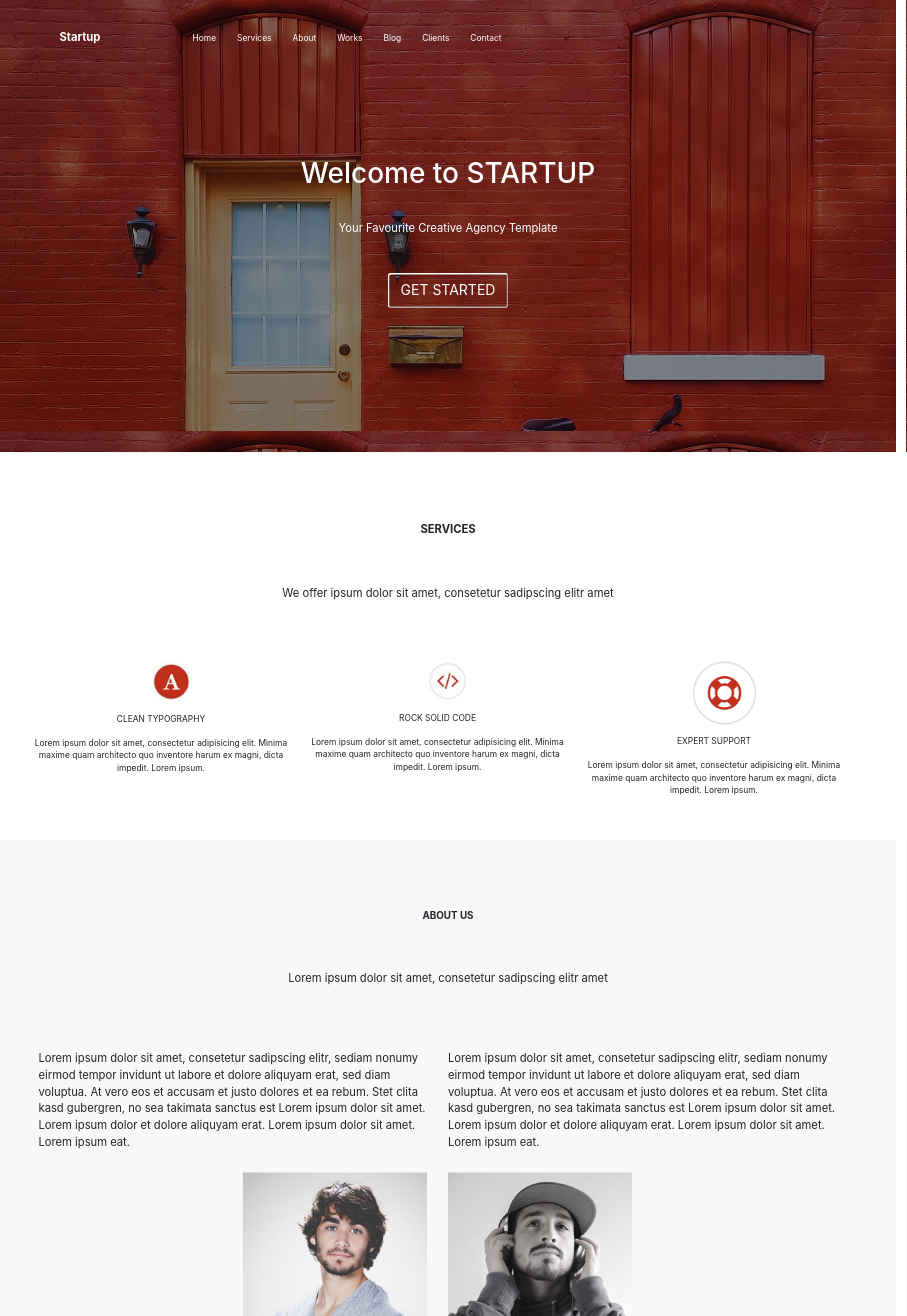
Repository: ivankovaa/HelloWorld
Page: lab5/index.html
The author's editor kept a record of every edit. The page is drawn from the files as they stood at one moment, then again after the next edit.
The browser window is 1280 px wide. The page is 1295 px wide, so the pictures cover 1295 px, including what lies to the right of the window. The pictures show the part of the page from y = 0 to 1880 px (the page is 3835 px tall before and 720 px after), at 70% of full size.

Above is the page before.

### lab5/index.html
<!DOCTYPE html>
<html lang="uk">

<head>

  <meta charset="utf-8">

  <title>Start up</title>

  <link href="bootstrap.min.css" rel="stylesheet">
  <link href="https://fonts.googleapis.com/css?family=Montserrat:400,700&display=swap" rel="stylesheet">

  <link href="style.css" rel="stylesheet">

</head>
<body>
  <header class = "head">
    <div class = "container">
    <div class = "row">
        <div class = "col-lg-2">
            <p class = "startup">Startup</p>
        </div>
        <div class = "col-lg-6">
            <nav>
                <ul class = "menu d-flex justify-content-right">
                    <li class = "menu_item">
                        <a href = "">Home</a>
                    </li>
                    <li class = "menu_item">
                        <a href = "">Services</a>
                    </li>
                    <li class = "menu_item">
                        <a href = "">About</a>
                    </li>
                    <li class = "menu_item">
                        <a href = "">Works</a>
                    </li>
                    <li class = "menu_item">
                        <a href = "">Blog</a>
                    </li>
                    <li class = "menu_item">
                        <a href = "">Clients</a>
                    </li>
                    <li class = "menu_item">
                        <a href = "">Contact</a>
                    </li>
                </ul>

            </nav>
        </div>
    </div>
    <div class = "row">
        <div class = "col-lg-12">
            <h1 class = "welcome d-flex justify-content-center">Welcome to STARTUP</h1>
        </div>
    </div>
    <div class = "row">
        <div class = "col-lg-12">
            <p class = "favourite">Your Favourite Creative Agency Template</p>
        </div>
    </div>
    <div class = "row">
        <div class = "col-lg-12">
            <button type = "submit" id="tr-property" class = "start btn-default btn-lg d-block">GET STARTED</button>
        </div>
    </div>
    </div>
  </header>
  <section class = "services">
      <div class = "row">
        <div class = "col-lg-12">
            <h2 class = "service">SERVICES</h2>
        </div>
    </div>
    <div class = "row">
        <div class = "col-lg-12">
            <p class = "servicestext">We offer ipsum dolor sit amet, consetetur sadipscing elitr amet</p>
        </div>
    </div>
    <div class = "row">
        <div class = "col-lg-12">
            <ul class = "serv d-flex justify-content-center">
                    <li class = "services_item">
                        <img class="services_img" src="FAicon1.png" alt="icon"/>
                        <p class="name">CLEAN TYPOGRAPHY</p>
                        <p class ="aftername">Lorem ipsum dolor sit amet, consectetur adipisicing elit. Minima maxime quam architecto quo inventore harum ex magni, dicta impedit. Lorem ipsum.</p>
                    </li>
                    <li class = "services_item">
                        <img  class="services_img" src="FAicon2.png" alt="icon"/>
                        <p class="name">ROCK SOLID CODE</p>
                        <p class ="aftername">Lorem ipsum dolor sit amet, consectetur adipisicing elit. Minima maxime quam architecto quo inventore harum ex magni, dicta impedit. Lorem ipsum.</p>
                    </li>
                    <li class = "services_item">
                        <img class="services_img" src="img/FAicon3.png" alt="icon"/>
                        <p class="name">EXPERT SUPPORT</p>
                        <p class ="aftername">Lorem ipsum dolor sit amet, consectetur adipisicing elit. Minima maxime quam architecto quo inventore harum ex magni, dicta impedit. Lorem ipsum.</p>
                    </li>
                    </ul>
        </div>
    </div>
  </section>
  <section class = "about_us">
      <div class = "row">
        <div class = "col-lg-12">
            <h3 class = "aboutus">ABOUT US</h3>
        </div>
    </div>
    <div class = "row">
        <div class = "col-lg-12">
            <p class = "aboutus_text">Lorem ipsum dolor sit amet, consetetur sadipscing elitr amet</p>
        </div>
    </div>
    <div class = "row">
        <div class = "col-lg-12">
            <ul class = "about d-flex justify-content-center">
                    <li class = "aboutus_item">
                        <p>Lorem ipsum dolor sit amet, consetetur sadipscing elitr, sediam nonumy eirmod tempor invidunt ut labore et dolore aliquyam erat, sed diam voluptua. At vero eos et accusam et justo dolores et ea rebum. Stet clita kasd gubergren, no sea takimata sanctus est Lorem ipsum dolor sit amet. Lorem ipsum dolor et dolore aliquyam erat. Lorem ipsum dolor sit amet. Lorem ipsum eat.</p>
                    </li>
                    <li class = "aboutus_item">
                        <p>Lorem ipsum dolor sit amet, consetetur sadipscing elitr, sediam nonumy eirmod tempor invidunt ut labore et dolore aliquyam erat, sed diam voluptua. At vero eos et accusam et justo dolores et ea rebum. Stet clita kasd gubergren, no sea takimata sanctus est Lorem ipsum dolor sit amet. Lorem ipsum dolor et dolore aliquyam erat. Lorem ipsum dolor sit amet. Lorem ipsum eat.</p>
                    </li>
                    </ul>
        </div>
    </div>
    <div class = "row">
        <div class = "col-lg-12">
            <ul class = "team d-flex justify-content-center">
                    <li class = "team_item">
                        <img class="team_img" alt="Team" src="img/TeamPic3.png"/>
                        <p class="name">Shamim Mia</p>
                        <p>Sr.Web Developer</p>
                    </li>
                    <li class = "team_item">
                        <img class="team_img" alt="Team" src="img/TeamPic4.png"/>
                        <p class="name">John Doe</p>
                        <p>Front-end Developer</p>
                    </li>
                    </ul>
        </div>
    </div>
  </section>
  <section class = "works">
      <div class = "row">
        <div class = "col-lg-12">
            <h4 class = "work">Latest Works</h4>
        </div>
    </div>
    <div class = "row">
        <div class = "col-lg-12">
            <ul class = "latest d-flex justify-content-center">
                    <li class = "work_item">
                        <a href = "">All</a>
                    </li>
                    <li class = "work_item">
                        <a href = "">Branding</a>
                    </li>
                    <li class = "work_item">
                        <a href = "">Design</a>
                    </li>
                    <li class = "work_item">
                        <a href = "">Development</a>
                    </li>
                    <li class = "work_item">
                        <a href = "">Strategy</a>
                    </li>
                    </ul>
        </div>
    </div>
    <div class = "row">
        <div class = "col-lg-12">
            <div class = "pictures"></div>
            <ul class = "latestworks1 d-flex justify-content-center">
                    <li>
                        <img class = "work_img" alt="work" src = "img/work1.png"/>
                    </li>
                    <li>
                        <img class = "work_img" alt="work" src = "img/work2.png"/>
                    </li>
                    <li>
                        <img class = "work_img" alt="work" src = "img/work3.png"/>
                    </li>
            </ul>
            <ul class = "latestworks2 d-flex justify-content-center">
                    <li class = "work_img">
                        <img alt="work" src = "img/work4.png"/>
                    </li>
                    <li class = "work_img">
                        <img alt="work" src = "img/work5.png"/>
                    </li>
                    <li class = "work_img">
                        <img alt="work" src = "img/work6.png"/>
                    </li>
            </ul>
            <ul class = "latestworks3 d-flex justify-content-center">
                    <li class = "work_img">
                        <img alt="work" src = "img/work7.png"/>
                    </li>
                    <li class = "work_img">
                        <img alt="work" src = "img/work8.png"/>
                    </li>
                    <li class = "work_img">
                        <img alt="work" src = "img/work9.png"/>
                    </li>
            </ul>
        </div>
    </div>
  </section>
  <footer class = "like">
        <div class = "row">
         <div class = "col-lg-12">
            <p class = "do">Do you like OUR WORK so far?</p>
            <p class = "lets">Let's talk about YOUR PROJECT!</p>
            <button type = "submit" class = "touch btn-default btn-lg d-block">GET IN TOUCH</button>
        </div>
    </div>
  </footer>
</body>
</html>

### lab5/style.css
ul, li {
    display: inline-block;
    padding: 0;
    margin: 0;
}

h2, h3, h4 {
    font-size: 14px;
    text-transform: uppercase;
    text-align: center;
    padding-top: 100px;
    font-weight: bold;
}

.h1 {
    text-align: center;
    text-transform: uppercase;
    font-size: 40px;
}

.head {
    background-image: url('img/HomeBackground.png');
    background-size: 100%;
    max-height: 100%;
    color: white;
}

.service {
    background-color: white;
}

.about_us{
    background-color: #f8f8f8;
}

.menu {
    padding-top: 40px;
    max-width: 490px;
    margin-bottom: 160px;
}

.menu_item a {
    color: white;
}

.startup {
    padding-top: 40px;
    font-weight: bold;
}

.menu_item {
    margin-right: 30px;
}

.menu_item a {
    font-size: 12px;
}

.favourite {
    margin-top: 34px;
    text-align: center;
    font-size: 16px;
}

.start {
    margin-top: 36px;
    margin-left: auto;
    margin-right: auto;
    margin-bottom: 206px;
    background: transparent;
    color: white;
    border-color: white;
}

.start btn {
    max-height: 150px;
    max-width: 100px;
    text-align: center;
    font-size: 16px;
}

.service {
    padding-top: 100px;
    text-transform: uppercase;
    text-align: center;
    font-size: 16px;
}

.servicestext {
    margin-top: 62px;
    text-align: center;
    font-size: 16px;
}

.rock {
    margin-top: 190px;
    margin-left: 504px;
    text-transform: uppercase;
}

.services_item {
    text-align: center;
    align-items: center;
    display: inline-block;
}

.services_img {
    padding-top: 70px;
}

.servicestext {
    font-size: 16px;
}
.services_item a {
    text-transform: uppercase;
    font-size: 12px;
}

.services_item name {
    margin-top: 30px;
}

.services_item p {
    font-size: 12px;
    margin-right: 30px;
    max-height: 63px;
    max-width: 365px;
}

.aftername {
    padding-bottom: 100px;
}

.aboutus_text {
    text-align: center;
    font-size: 16px;
    padding-top: 60px;
}

.aboutus_item {
    margin-right: 30px;
    max-height: 100px;
    max-width: 555px;
    padding-top: 74px;
}

.name {
    text-transform: uppercase;
    font-size: 12px;
    margin-top: 15px;
}

.team_item {
    padding-top: 75px;
    padding-bottom: 100px;
}

.team_item p {
    font-size: 12px;
    margin-top: 10px;
}

.team_img {
    margin-top: 75px;
    max-height: 270px;
    max-width: 270px;
    margin-right: 30px;
}

.work {
    padding-top: 100px;
}

.work_item {
    font-size: 12px;
    margin-right: 30px;
    margin-top: 60px;
}

.latestworks1 {
    margin-top: 70px;
}

.latestworks3 {
    padding-bottom: 100px;
}

.work_img {
    max-width: 365px;
    max-height: 365px;
    display: inline-block;
    margin-right: 30px;
    margin-bottom: 30px;
}

.do {
    text-align: center;
    font-size: 30px;
    padding-top: 70px;
    margin-bottom: 0;
    color: white;
}

.lets {
    text-align: center;
    font-size: 30px;
    color: white;
}

.touch {
    margin-top: 24px;
    margin-left: auto;
    margin-right: auto;
    margin-bottom: 75px;
    background: transparent;
    color: white;
    border-color: white;
}

.touch btn {
    max-height: 150px;
    max-width: 100px;
    text-align: center;
    font-size: 16px;
}

.like {
    background-image: url('img/lets-talk.png');
    background-size: 100%;
}

Loaded but not shown: lab5/bootstrap.min.css (library)

After the next edit:
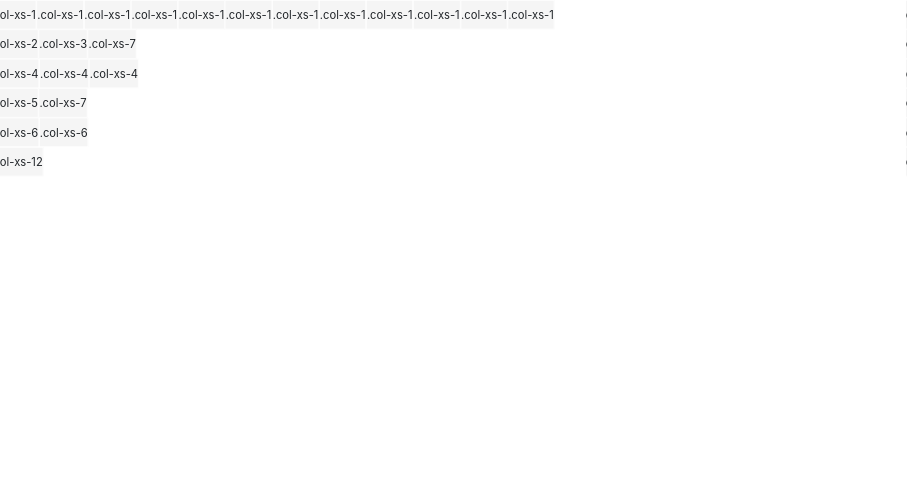
The edit:
--- a/lab5/index.html
+++ b/lab5/index.html
@@ -14,6 +14,55 @@
 
 </head>
 <body>
+    <div class="bs-example">
+	<!-- Bootstrap Grid -->
+	<div class="row">
+	  <div class="col-xs-1">.col-xs-1</div>
+	  <div class="col-xs-1">.col-xs-1</div>
+	  <div class="col-xs-1">.col-xs-1</div>
+	  <div class="col-xs-1">.col-xs-1</div>
+	  <div class="col-xs-1">.col-xs-1</div>
+	  <div class="col-xs-1">.col-xs-1</div>
+	  <div class="col-xs-1">.col-xs-1</div>
+	  <div class="col-xs-1">.col-xs-1</div>
+	  <div class="col-xs-1">.col-xs-1</div>
+	  <div class="col-xs-1">.col-xs-1</div>
+	  <div class="col-xs-1">.col-xs-1</div>
+	  <div class="col-xs-1">.col-xs-1</div>
+	</div>
+	<div class="row">
+	  <div class="col-xs-2">.col-xs-2</div>
+	  <div class="col-xs-3">.col-xs-3</div>
+	  <div class="col-xs-7">.col-xs-7</div>
+	</div>
+	<div class="row">
+	  <div class="col-xs-4">.col-xs-4</div>
+	  <div class="col-xs-4">.col-xs-4</div>
+	  <div class="col-xs-4">.col-xs-4</div>
+	</div>
+	<div class="row">
+	  <div class="col-xs-5">.col-xs-5</div>
+	  <div class="col-xs-7">.col-xs-7</div>
+	</div>
+	<div class="row">
+	  <div class="col-xs-6">.col-xs-6</div>
+	  <div class="col-xs-6">.col-xs-6</div>
+	</div>
+	<div class="row">
+	  <div class="col-xs-12">.col-xs-12</div>
+	</div>
+</div>
+
+<!-- Стили, которые использовали чтобы увидеть сетку -->
+<style scoped>
+.bs-example  div[class^="col"] {
+	border: 1px solid white;
+	background: #f5f5f5;
+	text-align: center;
+	padding-top: 8px;
+	padding-bottom: 8px;
+	}
+
   <header class = "head">
     <div class = "container">
     <div class = "row">
